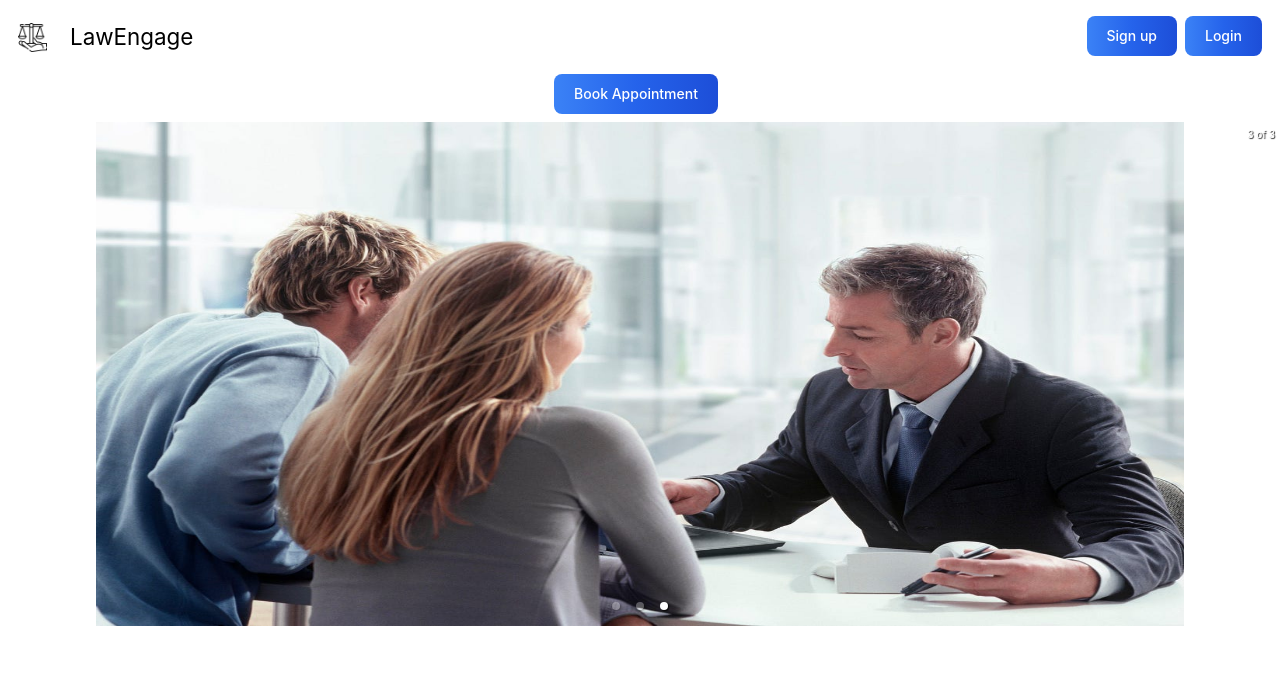
Repository: khushijain8/Lawyer-appointment-application
Page: / (app in frontend/)
An editor plug-in stored every save of this project. The page is shown before and after the next save, followed by the edit.
The browser window is 1280 px wide. The pictures show the whole page.
The project was rebuilt for these pictures with package versions that can differ from the ones it lists, and the page was loaded fresh each time. Also part of the build but not shown: frontend/src/App.css, frontend/src/components/Signup/Signup.css, frontend/src/components/Signup/Signup.jsx, frontend/src/components/Login/Login.css, frontend/src/components/Login/Login.jsx, frontend/src/components/LawyerContainer/LawyerContainer.css, frontend/src/components/LawyerContainer/LawyerContainer.jsx, frontend/src/components/Book/Book.jsx and 4 more.

Above is the page before, as saved 2025-01-23 03:04:34.

After the next save:
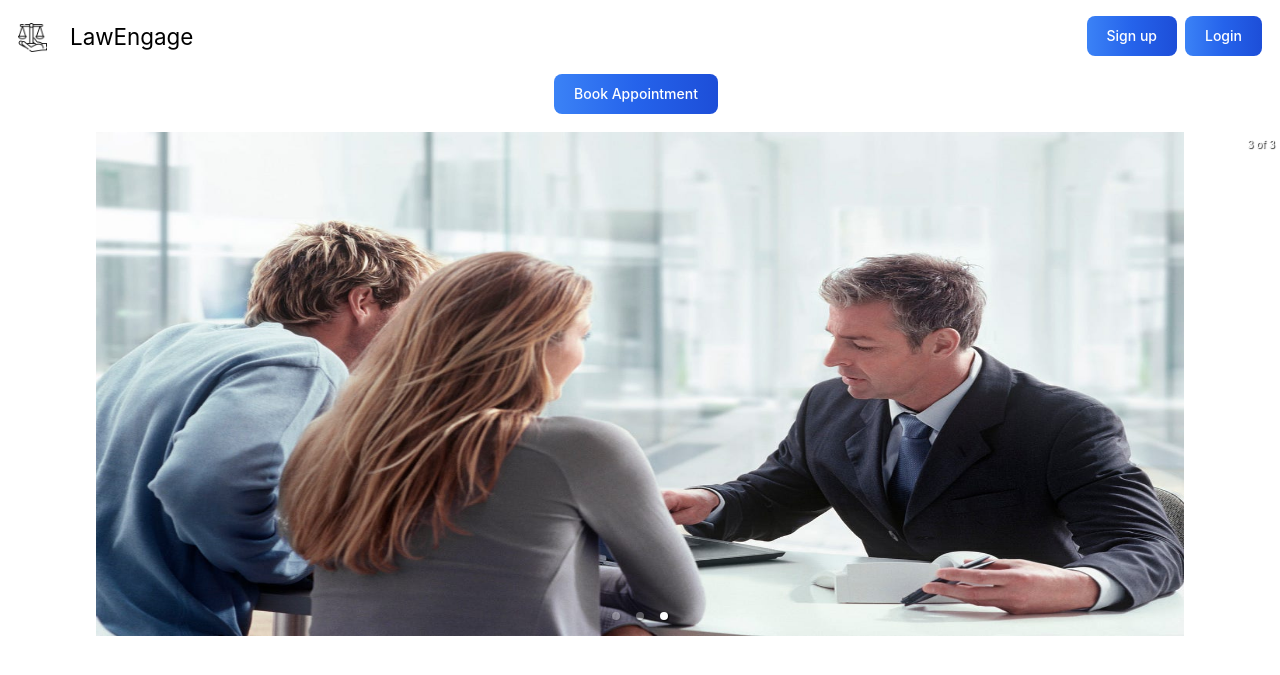
Saved 13 s later.
--- a/frontend/src/components/FrontPage/FrontPage.jsx
+++ b/frontend/src/components/FrontPage/FrontPage.jsx
@@ -8,7 +8,7 @@ import slide2 from '../../assets/legal-consultancy-services.jpg';
 import slide3 from '../../assets/law2.jpg';
 function FrontPage() {
     return (
-      <Box sx={{ display:'flex',justifyContent:'center',alignItems:'center'}}>
+      <Box sx={{ display:'flex',justifyContent:'center',alignItems:'center', marginTop:'10px'}}>
         <Carousel autoPlay infiniteLoop interval={2000} showArrows={true}
           showThumbs={false} dynamicHeight={false} transitionTime={500} >
           <div>
